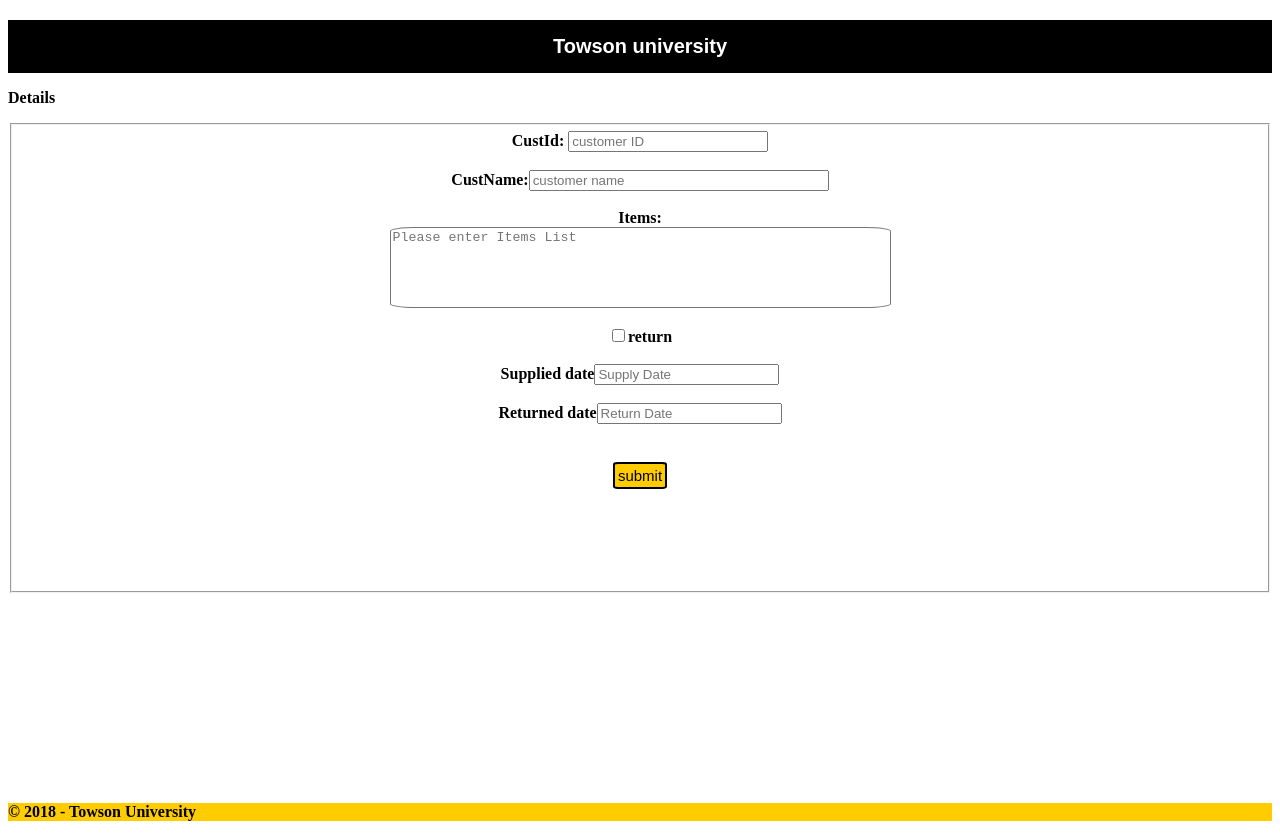
Repository: DatabaseCOSC578/eclipse-workspace11
Page: http://localhost/Supervisor/Supervisorshow.jsp
These files come from the project's save history. The page is drawn as it stood at one moment and after the next save; the edit follows.
The browser window is 1280 px wide. The pictures show the whole page.
The page is served by Tomcat 9.

Above is the page before, as saved 2018-04-16 11:27:51.

After the next save:
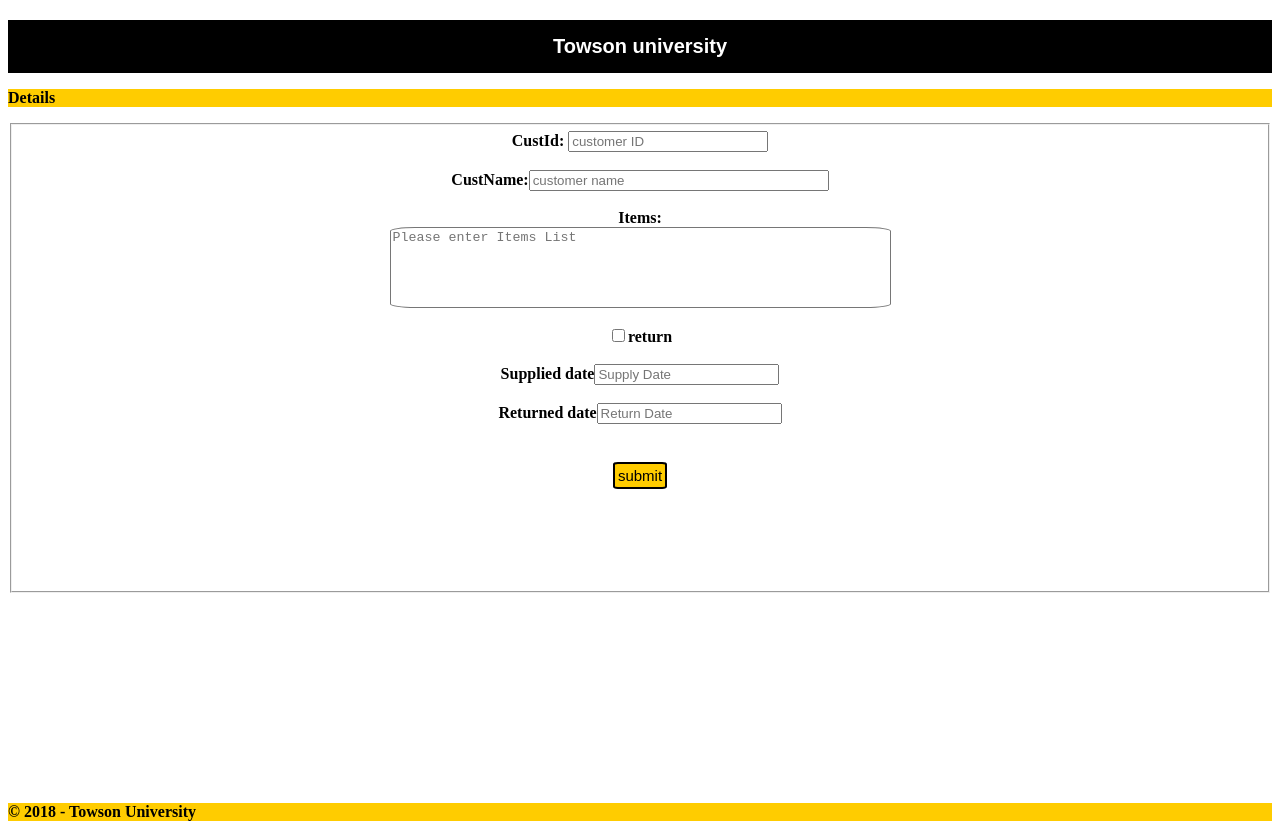
Saved 5 s later.
--- a/Supervisor/WebContent/css/layout1.css
+++ b/Supervisor/WebContent/css/layout1.css
@@ -75,5 +75,5 @@
 }
 
 #hash {
-	background-color: #0fc0;
+	background-color: #fc0;
 }
